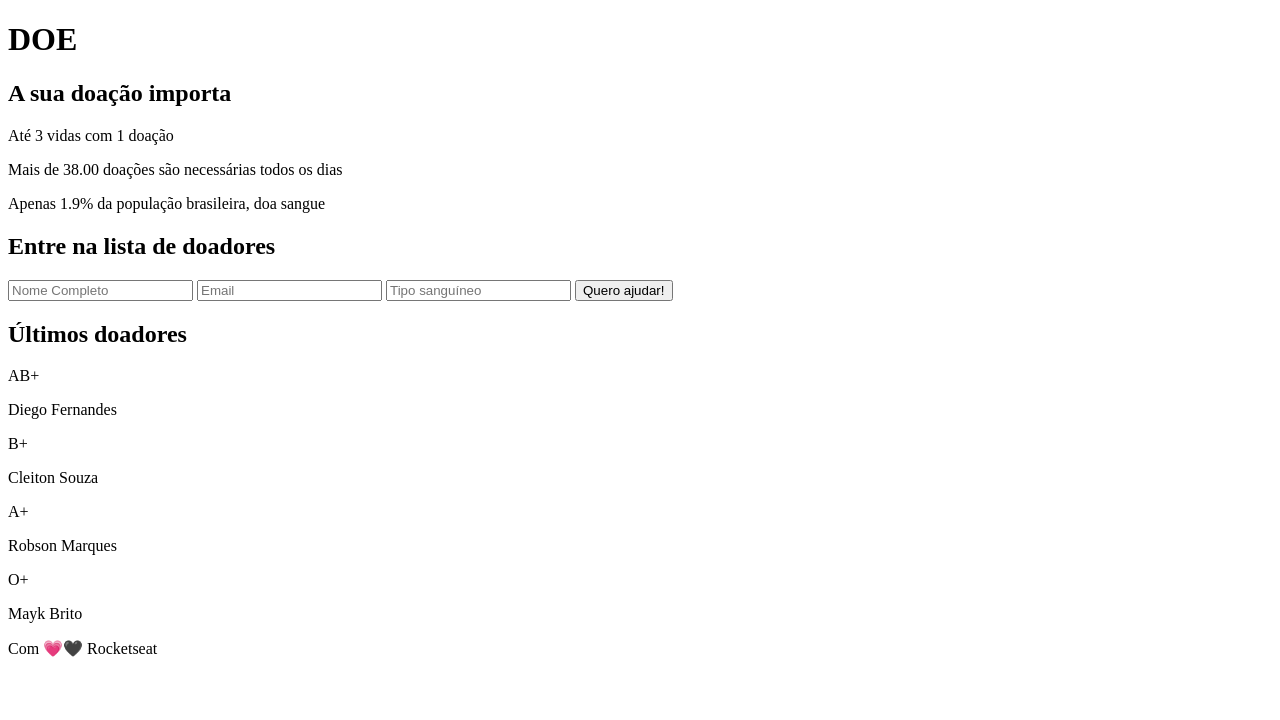
Repository: lucas-silva-dev/Doe
Page: index.html
These files come from the project's save history. The page is drawn as it stood at one moment and after the next save; the edit follows.
The browser window is 1280 px wide. The pictures show the whole page.

Above is the page before, as saved 2020-02-18 11:27:41.

After the next save:
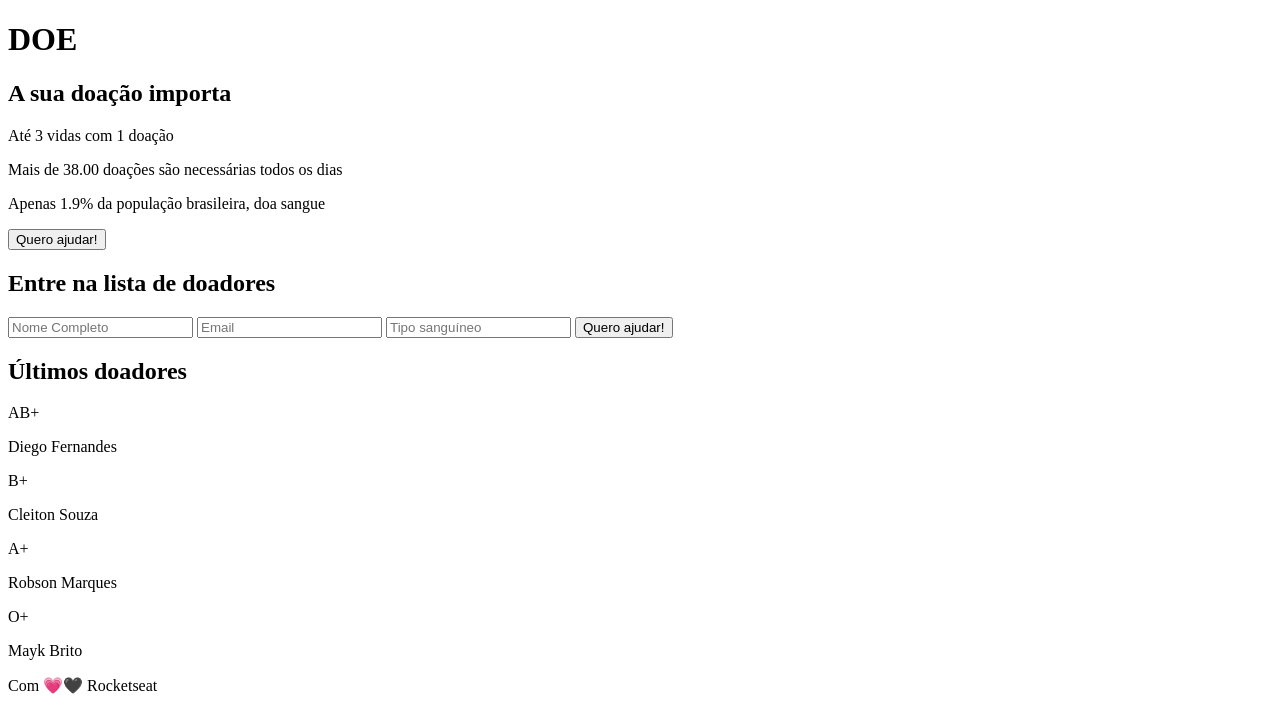
Saved 16 s later.
--- a/index.html
+++ b/index.html
@@ -25,6 +25,7 @@
     <p>Até 3 vidas com 1 doação</p>
     <p>Mais de 38.00 doações são necessárias todos os dias</p>
     <p>Apenas 1.9% da população brasileira, doa sangue</p>
+    <button>Quero ajudar!</button>
   </header>
 
   <section class="form">
